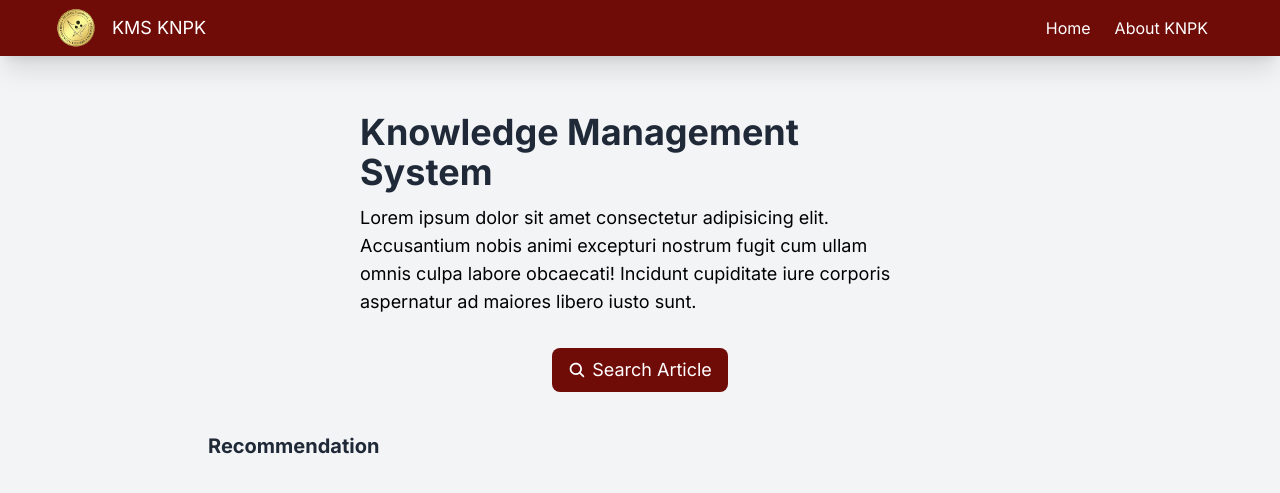
Repository: tiariswanti/kms
Page: /
These files come from the project's save history. The page is drawn as it stood at one moment and after the next save; the edit follows.
The browser window is 1280 px wide. The pictures show the whole page.
The project was rebuilt for these pictures with package versions that can differ from the ones it lists, and the page was loaded fresh each time. The framework's server and built-in components were replaced by stand-ins that run in the browser. Requests to the local data server were answered from the project's data file. Also part of the build but not shown: next.config.mjs, src/app/components/Card/Card2.tsx.

Above is the page before, as saved 2025-01-26 06:43:26.

### src/app/layout.tsx
"use client";
import { Inter } from "next/font/google";
import { usePathname } from "next/navigation";
import "./globals.css";
import Navbar from "./components/Navbar/Navbar";
import { SessionProvider } from "next-auth/react";

const inter = Inter({ subsets: ["latin"] });
const navbar = ["/", "/search"];

function showNavbar(pathname: string): boolean {
  if (navbar.includes(pathname)) {
    return true;
  }
  if (pathname.startsWith("/article")) {
    return true;
  }
  return false;
}

export default function RootLayout({
  children,
}: {
  children: React.ReactNode;
}) {
  const pathname = usePathname();

  return (
    <html lang="en">
      <body className={inter.className}>
        <SessionProvider>
          {showNavbar(pathname) && <Navbar />}
          {children}
        </SessionProvider>
      </body>
    </html>
  );
}

### src/app/page.tsx
// app/page.tsx
"use client";
import React from "react";
import Recomendation from "./components/Home/Recomendation";
import Banner from "./components/Home/Banner";
import type { Metadata } from "next";

export const metadata: Metadata = {
  title: "...",
  description: "...",
};

export default function Home() {
  return (
    <>
      <div className="flex flex-col mt-24 mx-4 sm:mx-20 items-center">
        <Banner />
      </div>
      <div className="mb-10">
        <h2 className="text-lg sm:text-xl font-bold mt-6 ml-10 lg:ml-52 text-gray-800">
          Recommendation
        </h2>
        <Recomendation />
      </div>
    </>
  );
}

### src/app/globals.css
@tailwind base;
@tailwind components;
@tailwind utilities;

@layer base {
  body {
    @apply bg-gray-100;
  }
}

.custom-react-quill .ql-editor {
  min-height: 100px;
}

.custom-react-quill .ql-container {
  border-radius: 0 0 0.375rem 0.375rem;
}

.custom-react-quill .ql-toolbar {
  background-color: #edf2f7;
  border: 1px solid #cbd5e0;
  border-radius: 0.375rem 0.375rem 0 0;
}

### src/app/components/Navbar/Navbar.tsx
"use client";
import Link from "next/link";
import React, { useState } from "react";
import { BsList, BsX } from "react-icons/bs";
import Logo from "./Logo";

const navbarItems = [
  { href: "/", label: "Home" },
  { href: "/about", label: "About KNPK" },
];

export default function Navbar() {
  const [menuOpen, setMenuOpen] = useState(false);

  const toggleMenu = () => setMenuOpen(!menuOpen);

  return (
    <nav className="w-full h-18 shadow-none md:shadow-xl bg-primary fixed top-0 z-50">
      {/* Larger screen */}
      <div className="flex items-center justify-between h-full px-14 w-full">
        <Logo />

        <div className="text-white hidden sm:flex items-center space-x-4">
          <ul className="flex space-x-6">
            {navbarItems.map((item, index) => (
              <li key={index}>
                <Link
                  href={item.href}
                  className="hover:border-b-2 border-white"
                >
                  {item.label}
                </Link>
              </li>
            ))}
          </ul>
          <div className="flex items-center"></div>
        </div>

        {/* Smaller screen */}
        <div className="sm:hidden cursor-pointer pl-4" onClick={toggleMenu}>
          {menuOpen ? (
            <BsX className="h-8 w-8 text-white" />
          ) : (
            <BsList className="h-8 w-8 text-white" />
          )}
        </div>
      </div>

      {menuOpen && (
        <div className="absolute top-18 left-0 w-full sm:hidden bg-primary px-10 p-6">
          <div className="flex-col">
            <ul className="flex flex-col space-y-2">
              {navbarItems.map((item, index) => (
                <li
                  key={index}
                  className="mobile-link w-full p-2 hover:bg-secondary rounded-lg"
                >
                  <Link href={item.href} onClick={() => setMenuOpen(false)}>
                    <span className="text-white">{item.label}</span>
                  </Link>
                </li>
              ))}
            </ul>
          </div>
        </div>
      )}
    </nav>
  );
}

### src/app/components/Home/Recomendation.tsx
import { useEffect, useState } from "react";
import Card2 from "../Card/Card2";
import { createSlug } from "@/utils/slug";
import LoadingCard2 from "../Card/LoadingCard2";

const fetcher = (url: string) => fetch(url).then((res) => res.json());

export default function Recom() {
  const [articles, setArticles] = useState<any[]>([]);
  const [loading, setLoading] = useState(true);
  const [error, setError] = useState<string | null>(null);

  useEffect(() => {
    const fetchArticles = async () => {
      try {
        const response = await fetcher(
          "http://localhost:5000/articles?sort=publishedAt&order=desc"
        );

        if (!response || !Array.isArray(response)) {
          throw new Error("No articles found");
        }

        setArticles(response);
      } catch (error) {
        setError("Failed to load recommendations");
      } finally {
        setLoading(false);
      }
    };

    fetchArticles();
  }, []);

  if (loading) return <LoadingCard2 />;
  if (error) return <p>{error}</p>;

  return (
    <div className="grid grid-cols-1 sm:grid-cols-2 md:grid-cols-3 gap-y-6 sm:gap-x-6 lg:gap-6 mt-4 sm:mt-6 lg:mx-52 mx-10">
      {articles.slice(0, 3).map((article, index) => (
        <Card2
          key={index}
          id={article.id}
          src={article.urlToImage}
          category={article.category}
          title={article.title}
          author={article.author}
          summary={article.summary}
          slug={createSlug(article.title)}
        />
      ))}
    </div>
  );
}

### src/app/components/Home/Banner.tsx
"use client";
import { useRouter } from "next/navigation";
import { IoSearch } from "react-icons/io5";
import Button from "../Button/Button";

export default function Banner() {
  const router = useRouter();

  const handleSearchClick = () => {
    router.push("/search");
  };

  return (
    <div className="flex flex-col items-center my-4">
      <div className="w-3/4 lg:w-1/2 text-center">
        <h1 className="text-2xl lg:text-3xl xl:text-4xl font-bold text-left mb-3 text-gray-800">
          Knowledge Management System
        </h1>
        <p className="text-left text-lg mb-8">
          Lorem ipsum dolor sit amet consectetur adipisicing elit. Accusantium
          nobis animi excepturi nostrum fugit cum ullam omnis culpa labore
          obcaecati! Incidunt cupiditate iure corporis aspernatur ad maiores
          libero iusto sunt.
        </p>
        <Button
          onClick={handleSearchClick}
          classname="bg-primary text-lg text-white rounded-lg py-2 px-4 inline-flex items-center hover:bg-tertiary"
        >
          <span className="flex items-center w-6 h-6">
            <IoSearch />
          </span>
          Search Article
        </Button>
      </div>
    </div>
  );
}

### src/app/components/Navbar/Logo.tsx
import Link from "next/link";
import Image from "next/image";

export default function Logo() {
  return (
    <Link href="/">
      <div className="flex items-center cursor-pointer py-2">
        <Image
          src="/logo.png"
          alt="Logo KNPK"
          width={40}
          height={40}
          className="cursor-pointer"
        />
        <span className="ml-4 text-white text-lg">KMS KNPK</span>
      </div>
    </Link>
  );
}

### src/utils/slug.ts
export function createSlug(title: string): string {
  return title
    .toLowerCase()
    .trim()
    .replace(/[^a-z0-9]+/g, "-")
    .replace(/^-+|-+$/g, "");
}

### src/app/components/Card/LoadingCard2.tsx
export default function LoadingCard2() {
  return (
    <div className="grid grid-cols-1 sm:grid-cols-2 md:grid-cols-3 gap-y-6 sm:gap-x-6 lg:gap-6 mt-4 sm:mt-6 lg:mx-52 mx-10">
      {Array.from({ length: 3 }).map((_, index) => (
        <div
          key={index}
          className="bg-gray-300 animate-pulse rounded-lg h-64"
        />
      ))}
    </div>
  );
}

### src/app/components/Button/Button.tsx
import React from "react";

interface ButtonProps {
  children?: React.ReactNode;
  classname?: string;
  type?: "button" | "submit" | "reset";
  onClick?: () => void;
  icon?: React.ReactNode;
  disabled?: boolean;
}

export default function Button({
  children,
  classname = "bg-primary rounded-full text-white px-4 py-2",
  type = "button",
  onClick,
  icon,
  disabled = false,
}: ButtonProps) {
  return (
    <button
      className={`${classname} ${
        disabled ? "opacity-50 cursor-not-allowed" : ""
      }`}
      type={type}
      onClick={!disabled ? onClick : undefined}
      disabled={disabled}
    >
      {icon && <span className="mr-2">{icon}</span>}
      {children}
    </button>
  );
}

### tailwind.config.ts
import type { Config } from "tailwindcss";

const config: Config = {
  content: [
    "./src/pages/**/*.{js,ts,jsx,tsx,mdx}",
    "./src/components/**/*.{js,ts,jsx,tsx,mdx}",
    "./src/app/**/*.{js,ts,jsx,tsx,mdx}",
  ],
  theme: {
    extend: {
      colors: {
        primary: "#700C08",
        secondary: "#A05D5A",
        tertiary: "#4B0805",
      },
    },
  },
  plugins: [require("@tailwindcss/line-clamp")],
};

export default config;

### db.json
{
  "articles": [
    {
      "id": "ncid9uk",
      "title": "Emtek Group Bakal Siarkan Laga Timnas Indonesia Seluruh Kelompok Umur Sepanjang 2025 edit",
      "author": "Serafiin Unus Pasi",
      "keywords": [
        "Bola",
        "PSSI",
        "Timnas",
        "SCM",
        "SCTV",
        "Indonesia"
      ],
      "summary": "1Bola.net - Elang Mahkota Teknologi (Emtek) Group membagikan kabar baik. Melalui Surya Citra Media (SCM), Emtek akan menyiarkan laga Timnas Indonesia yang diselenggarakan oleh PSSI. Partai Timnas Indonesia yang bakal ditayangkan SCM melalui SCTV, Indosiar, dan Vidio itu mencakup seluruh kelompok umur. Baik putra dan putri senior, U-23, U-20, dan U-17. PSSI mengumumkan perpanjangan kerja sama dengan Emtek Group dalam PSSI Partner Summit 2024 yang berlangsung di Park Hyatt, Jakarta, Senin (16/12/2024). \"SCM dalam hal ini ditunjuk kembali sebagai partner dari PSSI untuk seluruh pertandingan Timnas Indonesia yang diselenggarakan oleh PSSI,\" ujar Direktur SCM, Harsiwi Achmad.",
      "content": "<p class=\"ql-align-justify\"><strong>Bola.net -&nbsp;Elang Mahkota Teknologi</strong>&nbsp;(Emtek) Group membagikan kabar baik. Melalui Surya Citra Media (SCM), Emtek akan menyiarkan laga Timnas Indonesia yang diselenggarakan oleh PSSI.</p><p class=\"ql-align-justify\"><br></p><p class=\"ql-align-justify\">Partai Timnas Indonesia yang bakal ditayangkan SCM melalui SCTV, Indosiar, dan Vidio itu mencakup seluruh kelompok umur. Baik putra dan putri senior, U-23, U-20, dan U-17. PSSI mengumumkan perpanjangan kerja sama dengan Emtek Group dalam PSSI Partner Summit 2024 yang berlangsung di Park Hyatt, Jakarta, Senin (16/12/2024). <span style=\"color: rgb(51, 51, 51);\">\"SCM dalam hal ini ditunjuk kembali sebagai partner dari PSSI untuk seluruh pertandingan Timnas Indonesia yang diselenggarakan oleh PSSI,\" ujar Direktur SCM,&nbsp;</span><a href=\"https://www.bola.net/tag/harsiwi-achmad/\" rel=\"noopener noreferrer\" target=\"_blank\" style=\"color: rgb(19, 129, 55);\">Harsiwi Achmad</a><span style=\"color: rgb(51, 51, 51);\">.</span></p><p><br></p><p><img src=\"data:[embedded picture, 74556 characters]" width=\"452\"></p><p><br></p><p class=\"ql-align-justify\">Harsiwi bangga Emtek Group kembali menjadi pemilik hak siar pertandingan Timnas Indonesia yang diselenggarakan PSSI. Apalagi Emtek telah lama mendukung industri sepak bola nasional.</p><p class=\"ql-align-justify\">\"Jadi ini merupakan perpanjangan dari penunjukkan sebelumnya pada 2024. Jadi ini untuk Timnas Indonesia dan level usia. Baik U-23, U-20, dan U-17,\" kata Harsiwi.</p><p class=\"ql-align-justify\">\"Untuk sepak bola putri, juga ada Timnas Indonesia putri dan Piala Pertiwi semuanya ada di SCM lewat seluruh platformnya baik Indosiar, SCTV, dan Vidio. Kami juga bakal kembangkan di media sosial,\" lanjutnya.</p><p class=\"ql-align-justify\"><br></p><p class=\"ql-align-justify\">\"Harapan sebagai suatu media besar yang sudah selama satu dekade terus mengembangkan sepak bola nasional, maka kami ingin terus turut serta berperan dalam mengembangkan sepak bola Indonesia,\" tutur Harsiwi.</p><p class=\"ql-align-justify\">\"Termasuk saat ini Timnas Indonesia berbagai level usia. Oleh karena itu, kami sangat berbahagia dan beruntung bisa bekerja sama dengan PSSI dan ditunjuk sebagai hak siar Timnas Indonesia pada 2025.\"</p><p class=\"ql-align-justify\">\"Untuk pertandingan-pertandingan yang diselenggarakan oleh PSSI, apakah itu FIFA Matchday atau turnamen, itu bakal ditayangkan di Emtek Group,\" imbuh Harsiwi.</p>",
      "references": "\"Harapan sebagai suatu media besar yang sudah selama satu dekade terus mengembangkan sepak bola nasional, maka kami ingin terus turut serta berperan dalam mengembangkan sepak bola Indonesia,\" tutur Harsiwi..\n\n\"Termasuk saat ini Timnas Indonesia berbagai level usia. Oleh karena itu, kami sangat berbahagia dan beruntung bisa bekerja sama dengan PSSI dan ditunjuk sebagai hak siar Timnas Indonesia pada 2025.\"\n\n\"Untuk pertandingan-pertandingan yang diselenggarakan oleh PSSI, apakah itu FIFA Matchday atau turnamen, itu bakal ditayangkan di Emtek Group,\" imbuh Harsiwi.",
      "category": "CleanTechnica",
      "publishedAt": "2024-12-29T04:43:47.164Z",
      "urlToImage": "/pict1.jpg"
    },
    {
      "id": "2",
      "title": "ASX ETFs to watch ahead of Nvidia earnings release tonight edit ASX ETFs to watch ahead of Nvidia earnings release tonight edit",
      "author": "Kate Lee, CFA (TMFklee)",
      "keywords": [
        "Nvidia",
        "Tesla",
        "SpaceX"
      ],
      "summary": "A Xpeng está buscando expandir suas vendas com uma marca voltada para o mercado de massa, enquanto tenta evitar tarifas mais altas na Europa ao procurar um local",
      "content": "<p class=\"ql-align-justify\">A Xpeng está buscando expandir suas vendas com uma<strong> marca</strong> voltada para o mercado de massa, enquanto tenta evitar tarifas mais altas na Europa ao procurar um local A Xpeng está buscando expandir suas vendas com uma marca voltada para o mercado de massa, enquanto tenta evitar tarifas mais altas na Europa ao procurar um local A Xpeng está buscando expandir suas vendas com uma marca voltada para o mercado de massa, enquanto tenta evitar tarifas mais altas na Europa ao procurar um local A Xpeng está buscando expandir suas vendas com uma marca voltada para o mercado de massa, enquanto tenta evitar tarifas mais altas na Europa ao procurar um local A Xpeng está buscando expandir suas vendas com uma marca voltada para o mercado de massa, enquanto tenta evitar tarifas mais altas na Europa ao procurar um local A Xpeng está buscando expandir suas vendas com uma marca voltada para o mercado de massa, enquanto tenta evitar tarifas mais altas na Europa ao procurar um local A Xpeng estábuscando expandir suas vendas com uma marca voltada para o mercado de massa, enquanto tenta evitar tarifas mais altas na Europa ao procurar um local A Xpeng está buscando expandir suas vendas com uma marca voltada para o mercado de massa, enquanto tenta evitar tarifas mais altas na Europa ao procurar um local A Xpeng está buscando expandir suas vendas com uma marca voltada para o mercado de massa, enquanto tenta evitar tarifas mais altas na Europa ao procurar um local A Xpeng está buscando expandir suas vendas com uma marca voltada para o mercado de massa, enquanto tenta evitar tarifas mais altas na Europa ao procurar um local A Xpeng está buscando expandir suas vendas com uma marca voltada para o mercado de massa, enquanto tenta evitar tarifas mais altas na Europa ao procurar um local A Xpeng está buscando expandir suas vendas com uma marca voltada para o mercado de massa, enquanto tenta evitar tarifas mais altas na Europa ao procurar um local A Xpeng está buscando expandir suas vendas com uma marca voltada para o mercado de massa, enquanto tenta evitar tarifas mais altas na Europa ao procurar um local</p>",
      "references": "A Xpeng está buscando expandir suas vendas com uma marca voltada para o mercado de massa, enquanto tenta evitar tarifas mais altas na Europa ao procurar um local",
      "category": "CleanTechnica",
      "publishedAt": "2024-12-25T09:22:47.933Z",
      "urlToImage": "/pict1.jpg"
    },
    {
      "id": "3",
      "title": "Chinesa Xpeng lança sedã elétrico e semiautônomo pela metade do preço de um Tesla",
      "author": "Bloomberg",
      "category": "CleanTechnica",
      "summary": "The day has finally arrived! It's the Nvidia Corporation (NASDAQ: NVDA) earnings release day. The US technology giant is scheduled to report its second-quarter (2Q FY25) earnings tonight on 28 Augus… [+2374 chars]",
      "keywords": [
        "Nvidia",
        "Tesla",
        "SpaceX"
      ],
      "content": "The day has finally arrived! It's the Nvidia Corporation (NASDAQ: NVDA) earnings release day. The US technology giant is scheduled to report its second-quarter (2Q FY25) earnings tonight on 28 Augus… [+2374 chars]",
      "references": "A Xpeng está buscando expandir suas vendas com uma marca voltada para o mercado de massa, enquanto tenta evitar tarifas mais altas na Europa ao procurar um local",
      "urlToImage": "/pict1.jpg",
      "publishedAt": "2024-08-27T18:33:14Z",
      "views": 190
    },
    {
      "id": "ibw1b9n",
      "title": "baru",
      "author": "nati",
      "keywords": [
        "sss"
      ],
      "summary": "sss",
      "content": "<p>sss</p>",
      "references": "ssss",
      "category": "CleanTechnica",
      "publishedAt": "2024-08-31T06:47:54.500Z",
      "urlToImage": "",
      "views": 1056
    },
    {
      "id": "lzqa93z",
      "title": "baru2",
      "author": "2",
      "keywords": [],
      "summary": "2",
      "content": "<p>2</p>",
      "references": "2",
      "category": "CleanTechnica",
      "publishedAt": "2024-08-31T06:52:18.055Z",
      "urlToImage": "",
      "views": 1094
    }
  ],
  "categories": [
    {
      "id": "1",
      "name": "Techreport"
    },
    {
      "id": "2",
      "name": "CleanTechnica"
    }
  ],
  "admin": [
    {
      "id": "1",
      "username": "admin",
      "password": "adminpass"
    },
    {
      "id": "b1b6",
      "oldPassword": "adminpass",
      "newPassword": "adminpass"
    }
  ],
  "articlesViews": [
    {
      "year": 2024,
      "data": [
        {
          "month": "January",
          "views": 120
        },
        {
          "month": "February",
          "views": 90
        },
        {
          "month": "March",
          "views": 130
        },
        {
          "month": "April",
          "views": 110
        },
        {
          "month": "May",
          "views": 140
        },
        {
          "month": "June",
          "views": 150
        },
        {
          "month": "July",
          "views": 160
        },
        {
          "month": "August",
          "views": 170
        },
        {
          "month": "September",
          "views": 180
        },
        {
          "month": "October",
          "views": 190
        },
        {
          "month": "November",
          "views": 200
        },
        {
          "month": "December",
          "views": 210
        }
      ],
      "id": "5c3b"
    }
  ]
}

After the next save:
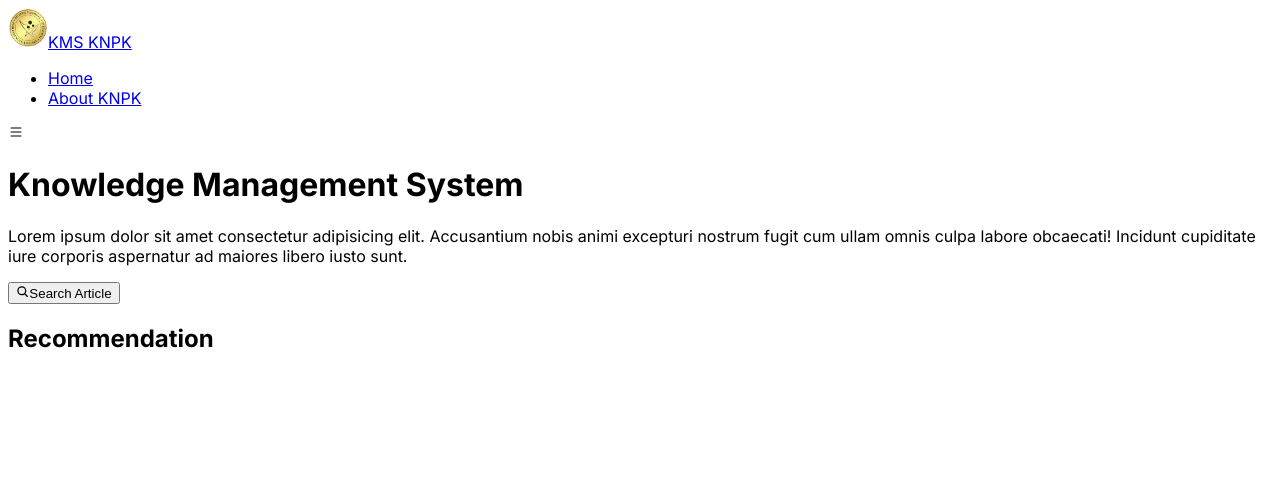
Saved 2 min 27 s later.
--- a/src/app/layout.tsx
+++ b/src/app/layout.tsx
@@ -1,21 +1,21 @@
-"use client";
+// app/layout.tsx
 import { Inter } from "next/font/google";
+import { SessionProvider } from "next-auth/react";
+import { Metadata } from "next";
+import Navbar from "./components/Navbar/Navbar";
 import { usePathname } from "next/navigation";
-import "./globals.css";
-import Navbar from "./components/Navbar/Navbar";
-import { SessionProvider } from "next-auth/react";
 
 const inter = Inter({ subsets: ["latin"] });
-const navbar = ["/", "/search"];
+
+export const metadata: Metadata = {
+  title: "Your Site Title",
+  description: "Description of your site for SEO",
+};
+
+const navbarPaths = ["/", "/search", "/article"];
 
 function showNavbar(pathname: string): boolean {
-  if (navbar.includes(pathname)) {
-    return true;
-  }
-  if (pathname.startsWith("/article")) {
-    return true;
-  }
-  return false;
+  return navbarPaths.some((path) => pathname.startsWith(path));
 }
 
 export default function RootLayout({

After the save that followed:
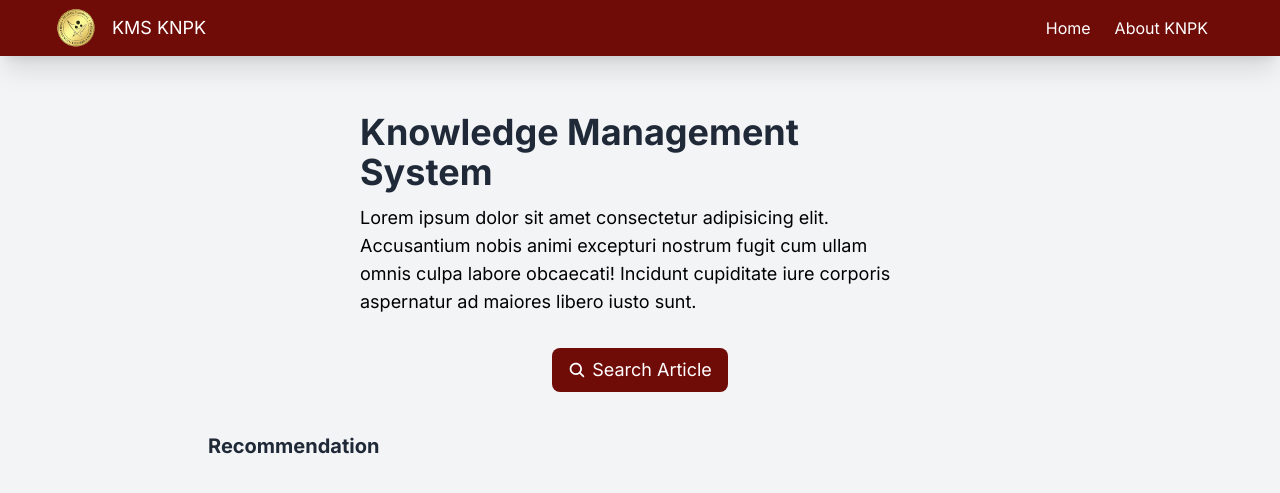
Saved 22 s later.
--- a/src/app/layout.tsx
+++ b/src/app/layout.tsx
@@ -1,21 +1,21 @@
-// app/layout.tsx
+"use client";
 import { Inter } from "next/font/google";
+import { usePathname } from "next/navigation";
+import "./globals.css";
+import Navbar from "./components/Navbar/Navbar";
 import { SessionProvider } from "next-auth/react";
-import { Metadata } from "next";
-import Navbar from "./components/Navbar/Navbar";
-import { usePathname } from "next/navigation";
 
 const inter = Inter({ subsets: ["latin"] });
-
-export const metadata: Metadata = {
-  title: "Your Site Title",
-  description: "Description of your site for SEO",
-};
-
-const navbarPaths = ["/", "/search", "/article"];
+const navbar = ["/", "/search"];
 
 function showNavbar(pathname: string): boolean {
-  return navbarPaths.some((path) => pathname.startsWith(path));
+  if (navbar.includes(pathname)) {
+    return true;
+  }
+  if (pathname.startsWith("/article")) {
+    return true;
+  }
+  return false;
 }
 
 export default function RootLayout({
